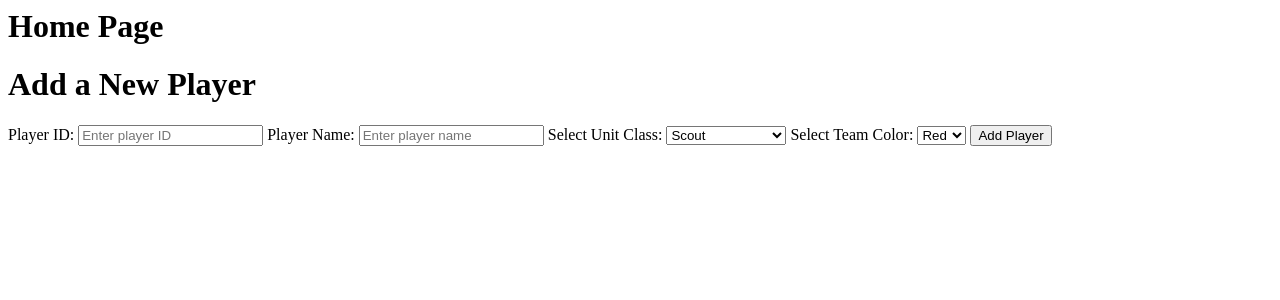
Repository: manhphugiang/springboot
Page: http://localhost/home
These files come from the project's save history. The page is drawn as it stood at one moment and after the next save; the edit follows.
The browser window is 1280 px wide. The pictures show the whole page.
The page is this project's Thymeleaf template; nobody is signed in. The template is opened directly, without the code that normally fills it, so the values that code supplies are empty.

Above is the page before, as saved 2025-01-08 22:27:36.

### ex1_2ManhPhuGiang/src/main/resources/templates/home.html
<h1>Home Page</h1>
<h1>Add a New Player</h1>
<form id="playerForm" action="/submit" method="post">
    <label for="id">Player ID:</label>
    <input type="number" id="id" name="id" placeholder="Enter player ID" required>

    <label for="name">Player Name:</label>
    <input type="text" id="name" name="name" placeholder="Enter player name" required>

    <label for="unitClass">Select Unit Class:</label>
    <select id="unitClass" name="unitClass" required>
        <option value="Scout">Scout</option>
        <option value="Sniper">Sniper</option>
        <option value="Soldier">Soldier</option>
        <option value="Demoman">Demoman</option>
        <option value="Medic">Medic</option>
        <option value="Heavy Weapons">Heavy Weapons</option>
        <option value="Pyro">Pyro</option>
        <option value="Spy">Spy</option>
        <option value="Engineer">Engineer</option>
    </select>

    <label for="teamColor">Select Team Color:</label>
    <select id="teamColor" name="teamColor" required>
        <option value="red">Red</option>
        <option value="blue">Blue</option>
    </select>

    <button type="submit">Add Player</button>
</form>

After the next save:
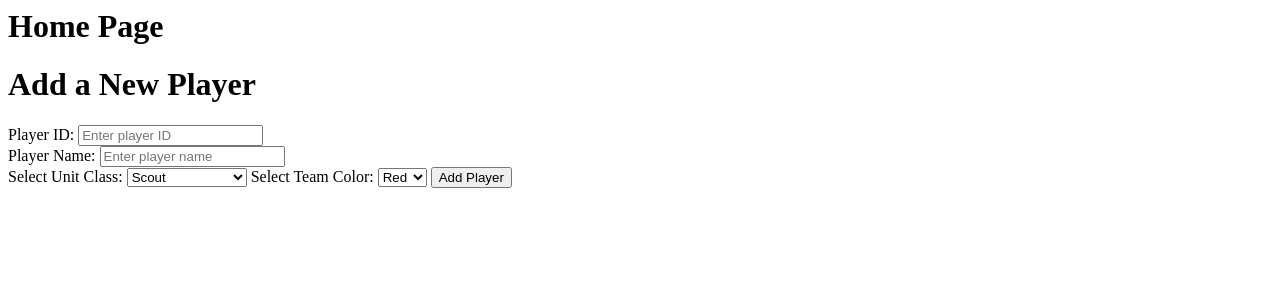
Saved 20 h 23 min later.
--- a/ex1_2ManhPhuGiang/src/main/resources/templates/home.html
+++ b/ex1_2ManhPhuGiang/src/main/resources/templates/home.html
@@ -3,10 +3,10 @@
 <form id="playerForm" action="/submit" method="post">
     <label for="id">Player ID:</label>
     <input type="number" id="id" name="id" placeholder="Enter player ID" required>
-
+	<br>
     <label for="name">Player Name:</label>
     <input type="text" id="name" name="name" placeholder="Enter player name" required>
-
+	<br>
     <label for="unitClass">Select Unit Class:</label>
     <select id="unitClass" name="unitClass" required>
         <option value="Scout">Scout</option>
